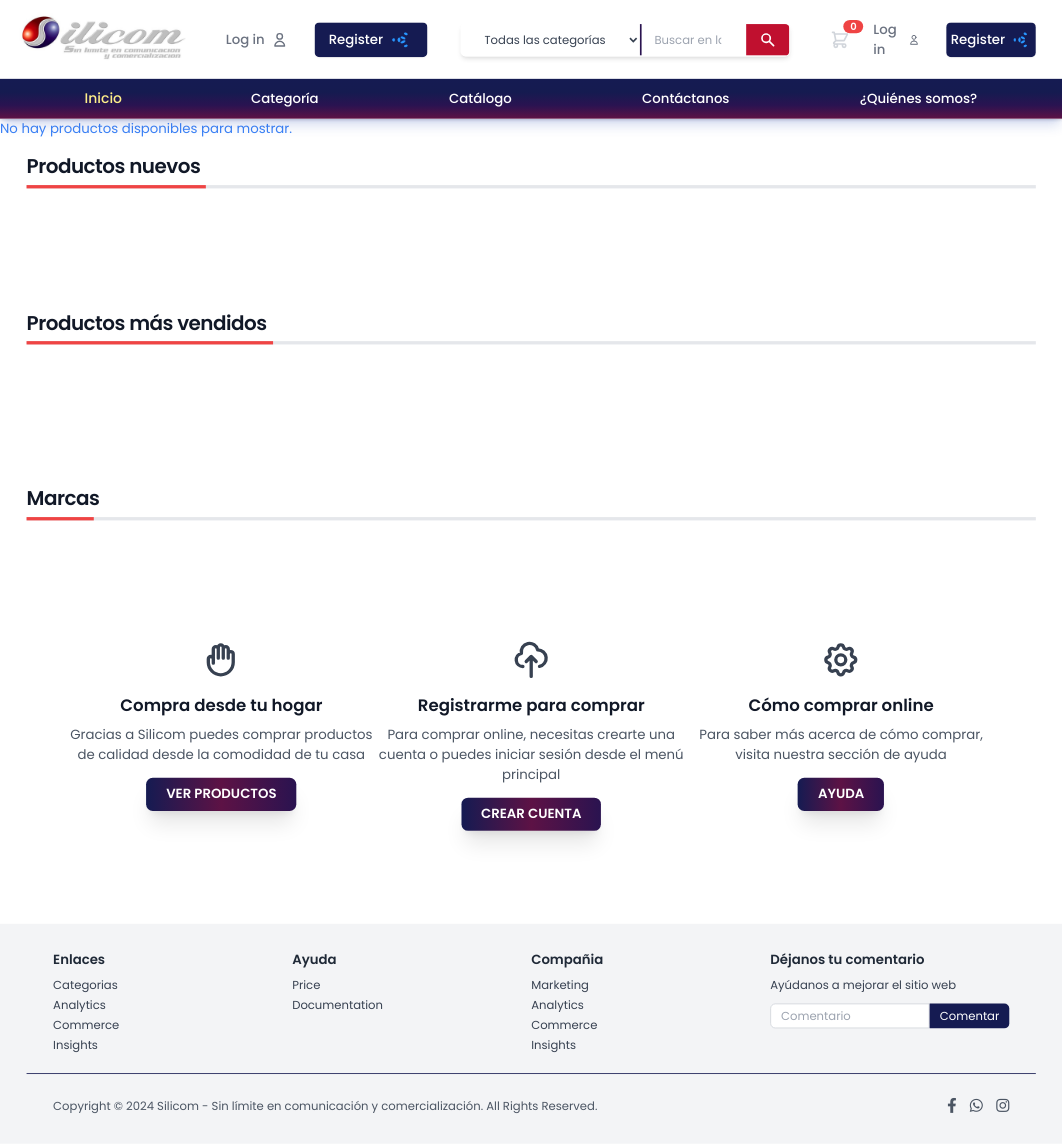
Repository: Francovg18/ecommerce
Page: /dashboard/payments
The author's editor kept a copy of each file at every save. The page is drawn from the files as they stood at one save, then again after the next save.
The browser window is 1280 px wide. The pictures show the whole page, at 83% of full size.
The page's requests for data from a server got no answer. The project was rebuilt for these pictures with package versions that can differ from the ones it lists, and the page was loaded fresh each time. No one was signed in, and anything a server would have sent is missing. Also part of the build but not shown: src/containers/errors/Error404.jsx, src/containers/auth/Signup.js, src/containers/auth/Login.js, src/containers/auth/Activate.js, src/containers/auth/ResetPassword.js, src/containers/auth/ResetPasswordConfirm.js, src/components/product/ProductCard.js, src/helpers/fixedPrices.js and 24 more. Imported but missing from the stored project, and not drawn on this page: src/containers/pages/ContactUs.

Above is the page before, as saved 2025-01-22 20:40:59.

After the next save:
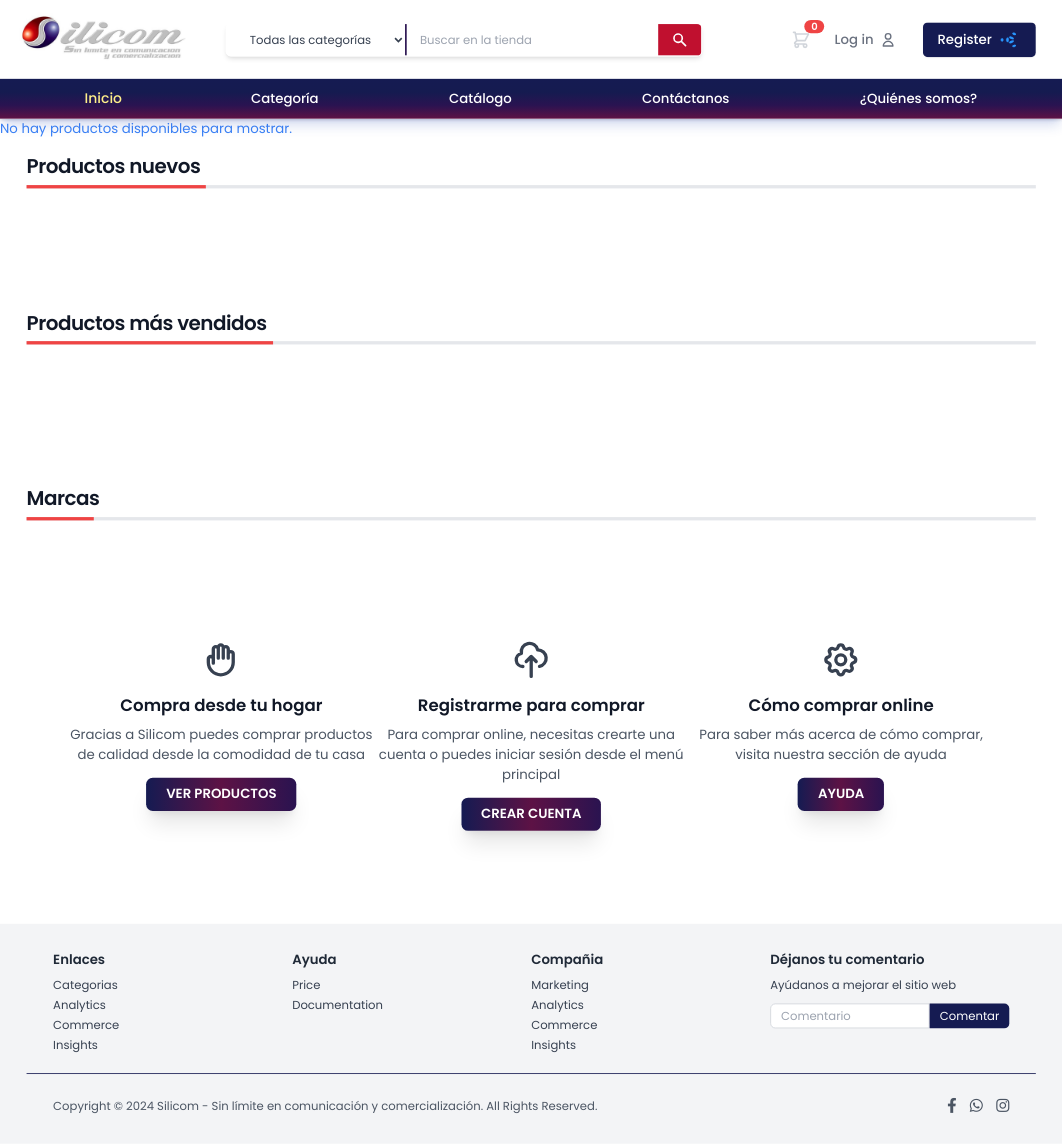
Saved 17 s later.
--- a/src/components/navigation/Navbar.js
+++ b/src/components/navigation/Navbar.js
@@ -175,8 +175,9 @@
               <span className="sr-only">Open menu</span>
               <MenuIcon className="h-6 w-6" aria-hidden="true" />
             </Popover.Button>
-          </div>
-          {isAuthenticated ? authLinks:guestLinks}
+            {isAuthenticated ? authLinks:guestLinks}
+          </div>
+
     {/* Contenedor para pantallas  grandes */}
     <div className="hidden md:flex-1 md:flex md:items-center md:justify-between">
       <Popover.Group as="nav" className="flex space-x-10">

After the save that followed:
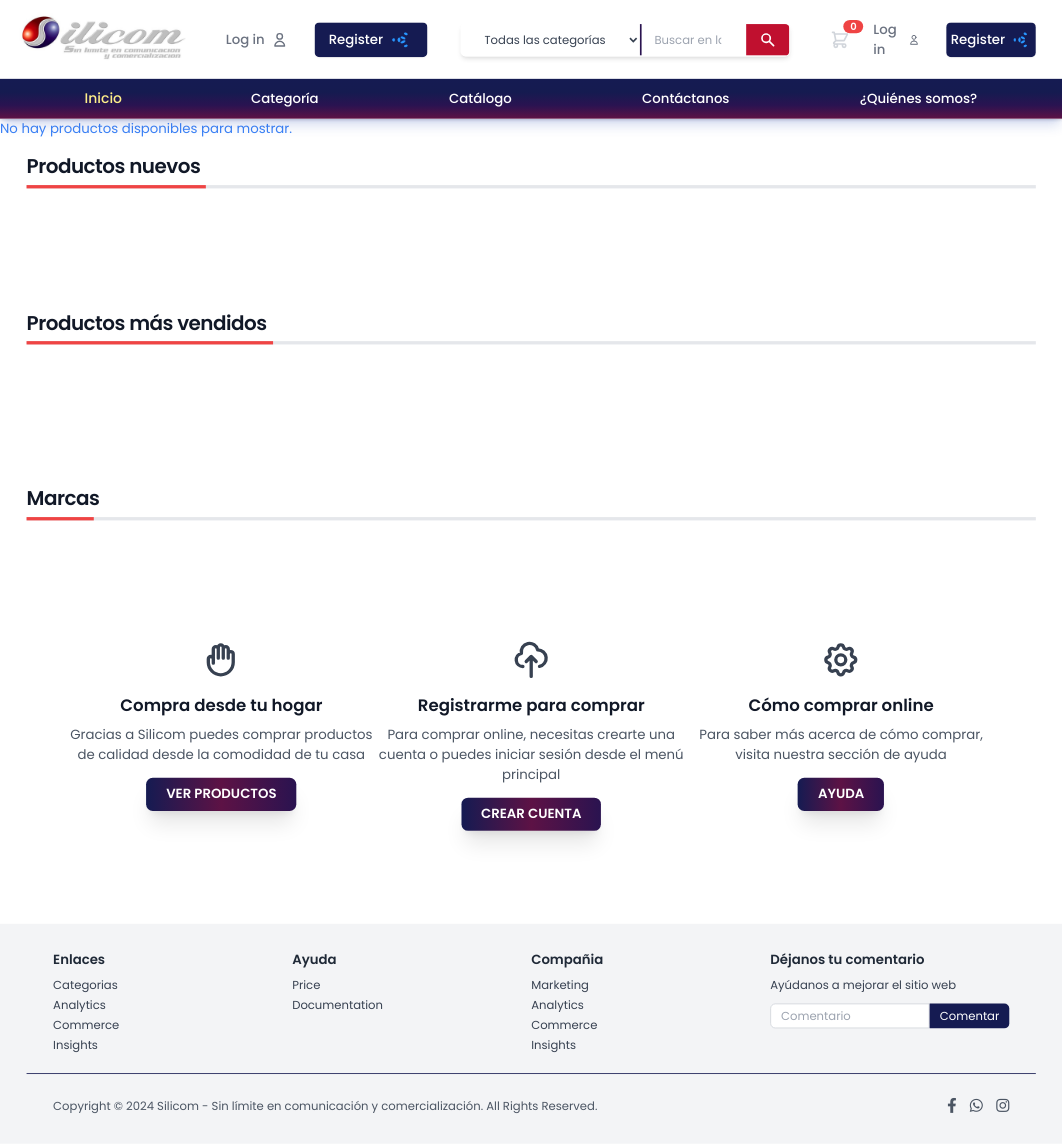
Saved 17 s later.
--- a/src/components/navigation/Navbar.js
+++ b/src/components/navigation/Navbar.js
@@ -175,8 +175,9 @@
               <span className="sr-only">Open menu</span>
               <MenuIcon className="h-6 w-6" aria-hidden="true" />
             </Popover.Button>
-            {isAuthenticated ? authLinks:guestLinks}
-          </div>
+
+          </div>
+          {isAuthenticated ? authLinks:guestLinks}
 
     {/* Contenedor para pantallas  grandes */}
     <div className="hidden md:flex-1 md:flex md:items-center md:justify-between">
